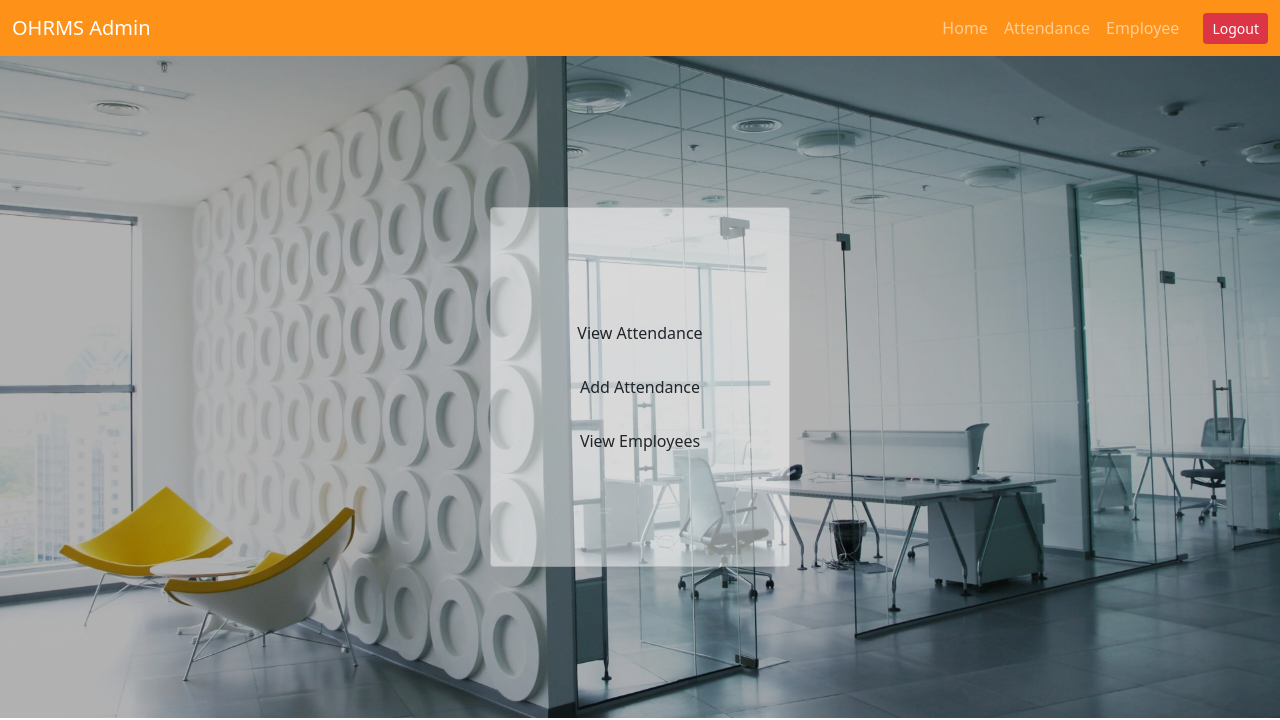
Repository: SaudCh/PHP-OHRMS
Page: http://localhost/admin/index
These files come from the project's save history. The page is drawn as it stood at one moment and after the next save; the edit follows.
The browser window is 1280 px wide. The pictures show the whole page.
Some web libraries are served in a nearby version. The page is run by PHP 8.4 with error messages shown; the project is at /var/www/html/. The session is filled in as if someone had signed in: {"admin": "admin@ohrm.com"}.

Above is the page before, as saved 2022-06-06 00:31:10.

After the next save:
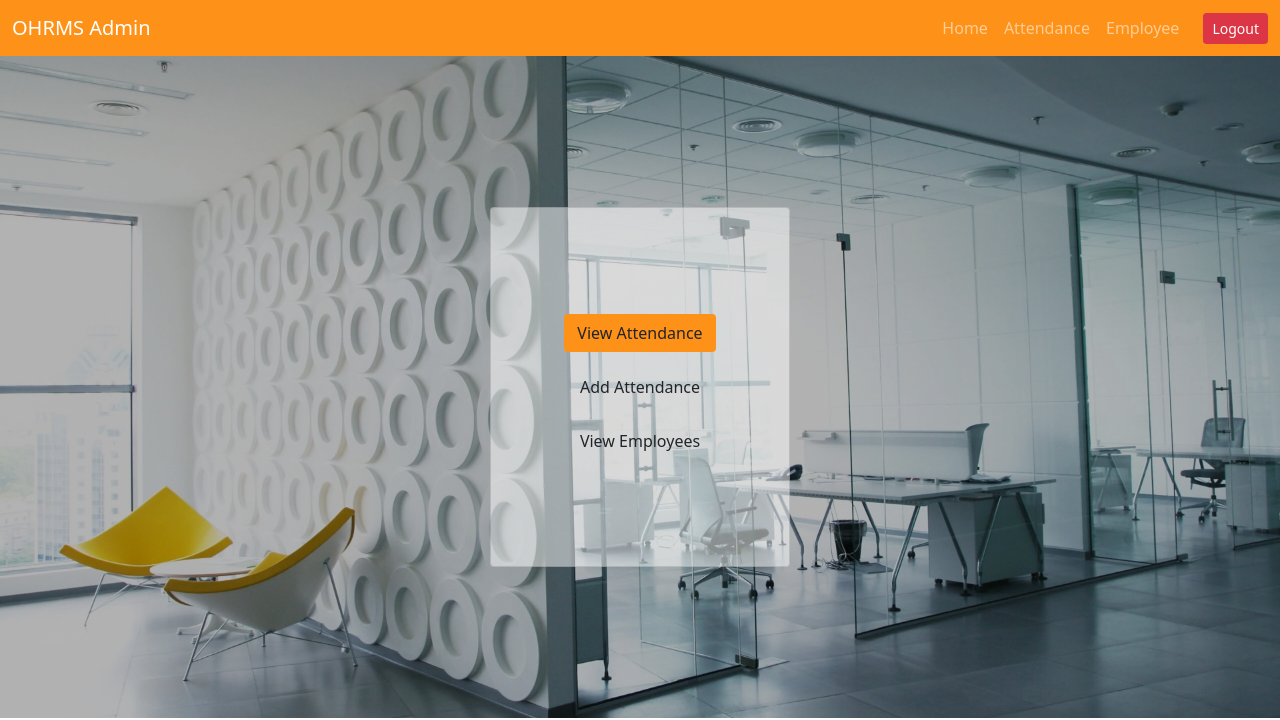
Saved 74 s later.
--- a/admin/index.php
+++ b/admin/index.php
@@ -36,7 +36,7 @@
     <?php require "./assets/Components/header.php" ?>
     <div class="index-body">
         <div class="card">
-            <a class="btn my-2" href="attendance">View Attendance</a>
+            <a class="btn my-2" style="background-color: #fe9117;" href="attendance">View Attendance</a>
             <a class="btn my-2" href="add-attendance">Add Attendance</a>
             <a class="btn my-2" href="employee">View Employees</a>
         </div>
